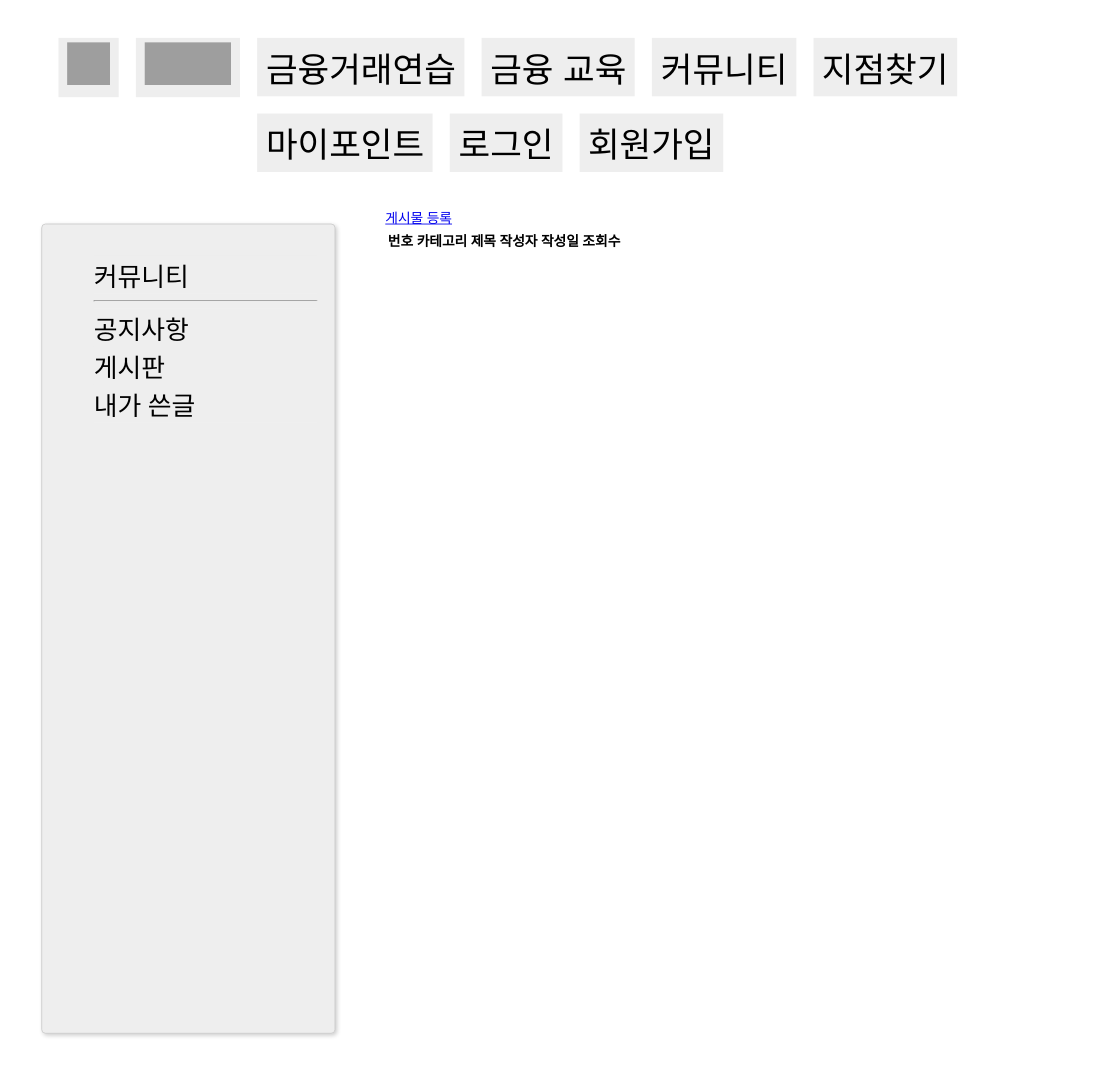
Repository: syc98syc/KB04_TeamProject
Page: http://localhost/jgig/WEB-INF/jsp/board/list.jsp
The author's editor kept a copy of each file at every save. The page is drawn from the files as they stood at one save, then again after the next save.
The browser window is 1280 px wide. The page is 1292 px wide, so the pictures cover 1292 px, including what lies to the right of the window. The pictures show the whole page, at 86% of full size.
Pictures or frames that could not be fetched are drawn as grey boxes. Some web fonts or font styles are not loaded; a fallback is used. The page is served by Tomcat 9. Nobody is signed in. The template is opened directly, without the code that normally fills it, so the values that code supplies are empty.

Above is the page before, as saved 2023-09-06 05:40:09.

After the next save:
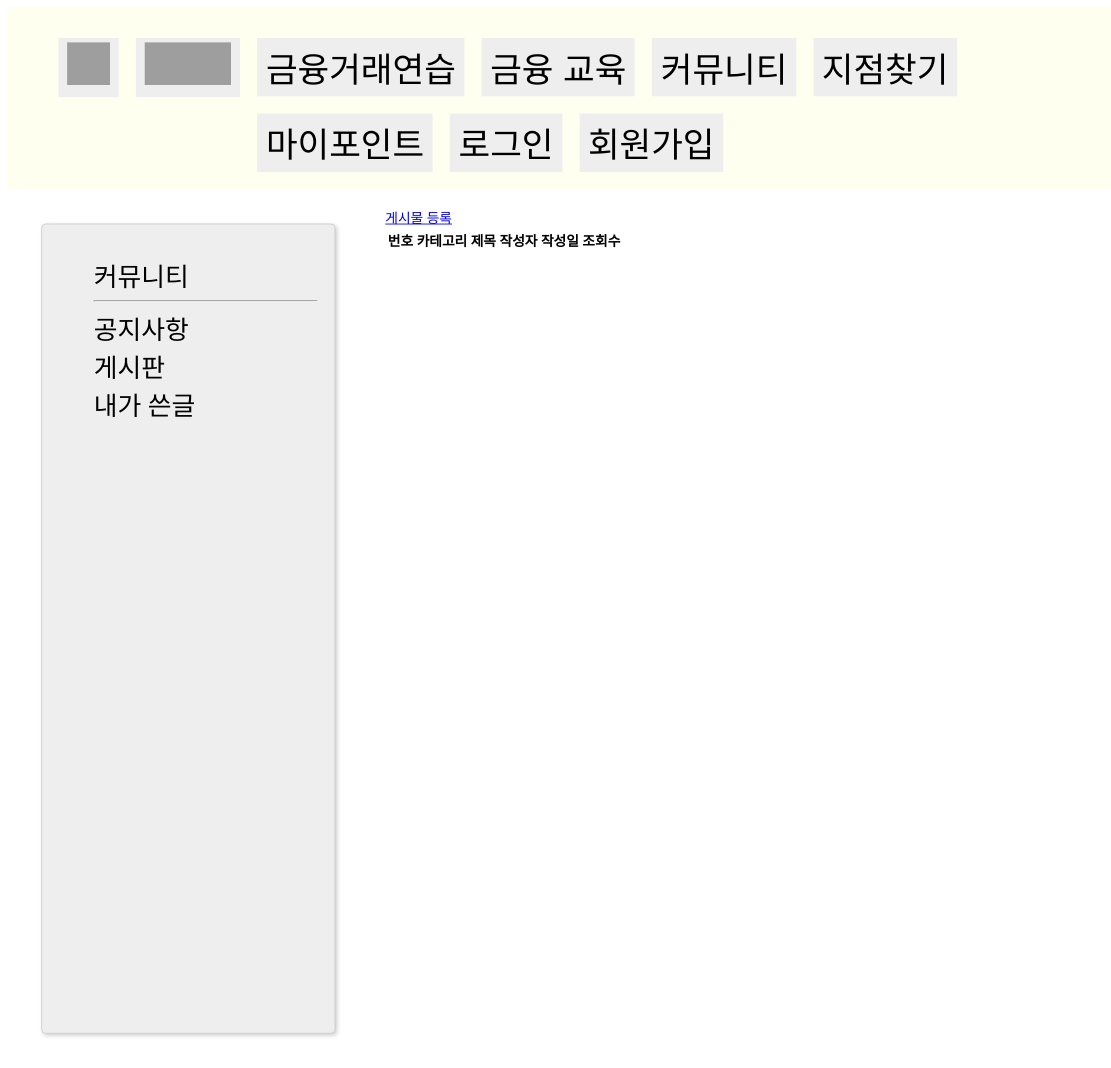
Saved 28 s later.
--- a/jgig/src/main/webapp/WEB-INF/jsp/include/top_navbar.jsp
+++ b/jgig/src/main/webapp/WEB-INF/jsp/include/top_navbar.jsp
@@ -10,7 +10,7 @@
 
 /* 상단 메뉴 스타일 */
         #top-menu {
-            background-color: #FFFFFF;
+            background-color: #FFFFF0;
             color: #fff;
             padding: 10px;
             width: 100%;
